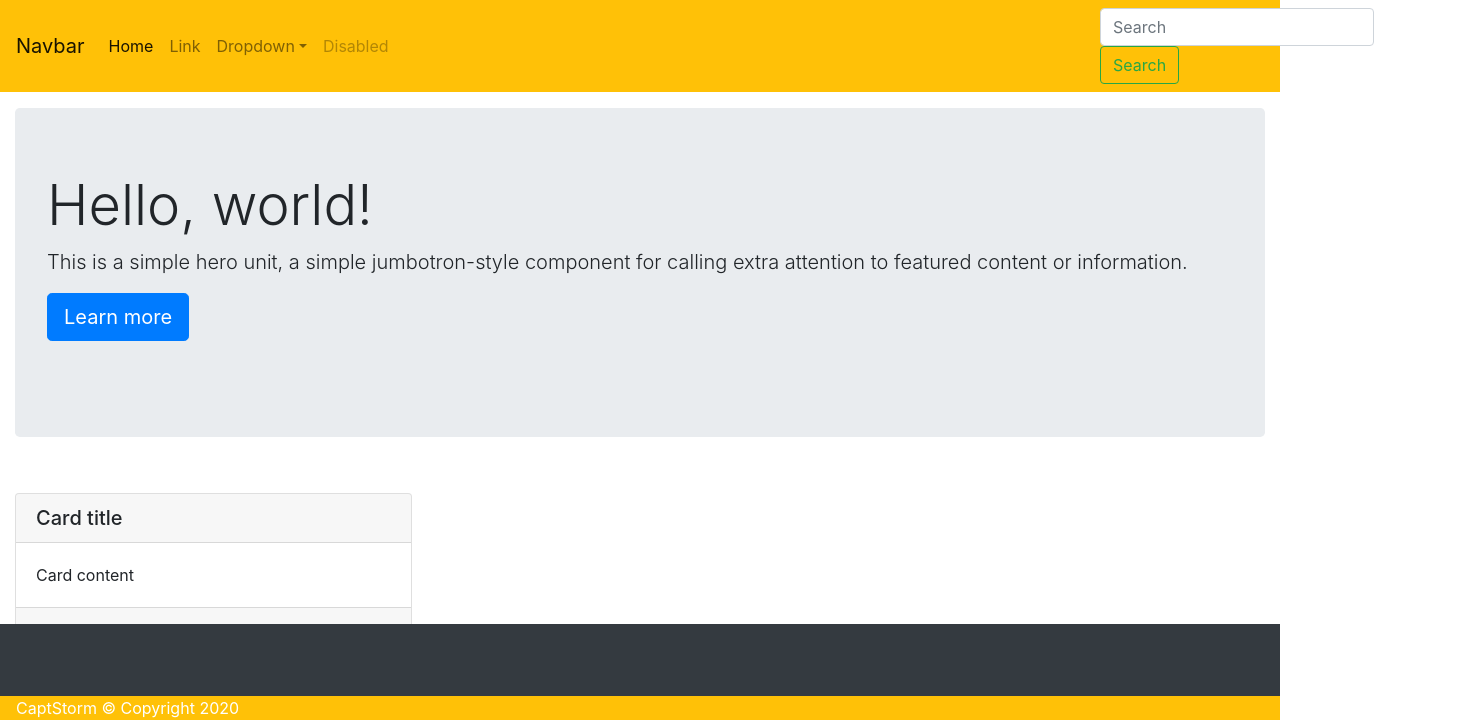
Repository: CaptainStorm21/complete-react16-bootstrap-passing-props
Page: /
The author's editor kept a copy of each file at every save. The page is drawn from the files as they stood at one save, then again after the next save.
The browser window is 1280 px wide. The page is 1374 px wide, then 1471 px, then 1374 px, so the pictures cover 1471 px, including what lies to the right of the window. The pictures show the whole page.
The project was rebuilt for these pictures with package versions that can differ from the ones it lists, and the page was loaded fresh each time.

Above is the page before, as saved 2020-04-23 14:22:11.

### public/index.html
<!DOCTYPE html>
<html lang="en">
<head>
  <title>Bootstrap Example</title>
  <meta charset="utf-8">
  <meta name="viewport" content="width=device-width, initial-scale=1">
  <link rel="stylesheet" href="https://maxcdn.bootstrapcdn.com/bootstrap/4.4.1/css/bootstrap.min.css">
  <script src="https://ajax.googleapis.com/ajax/libs/jquery/3.4.1/jquery.min.js"></script>
  <script src="https://cdnjs.cloudflare.com/ajax/libs/popper.js/1.16.0/umd/popper.min.js"></script>
  <script src="https://maxcdn.bootstrapcdn.com/bootstrap/4.4.1/js/bootstrap.min.js"></script>
</head>
<body>
<div id="root"></div>

</body>
</html>

### src/index.js
import React from 'react';
import ReactDOM from 'react-dom';
import './style.css';
import App from './App';
import * as serviceWorker from './serviceWorker';


ReactDOM.render(
  <React.StrictMode>
    <App />
  </React.StrictMode>,
  document.getElementById('root')
);

// If you want your app to work offline and load faster, you can change
// unregister() to register() below. Note this comes with some pitfalls.
// Learn more about service workers: https://bit.ly/CRA-PWA
serviceWorker.unregister();

### src/style.css




body {
  margin: 0;
  font-family: -apple-system, BlinkMacSystemFont, 'Segoe UI', 'Roboto', 'Oxygen',
    'Ubuntu', 'Cantarell', 'Fira Sans', 'Droid Sans', 'Helvetica Neue',
    sans-serif;
  -webkit-font-smoothing: antialiased;
  -moz-osx-font-smoothing: grayscale;
}

.footer {
  position: absolute;
  bottom: 0;
  width: 100%;
  height: 60px; /* Set the fixed height of the footer here */
  line-height: 60px; /* Vertically center the text there */
  background-color: purple;
}

### src/App.js
import React from "react";
import Main from "./components/Main";
import ContanerCard from "./components/ContainerCard";

import Header from "./components/layout/Header";
import Footer from "./components/layout/Footer";

function App() {
  return (
    <div>
      <Header />
      <div classNameName="container-fluid">
        <div className="col-lg-12 py-3">
          <Main />
        </div>
        <div className="container-fluid">
          <div className="row">
            <ContanerCard />
          </div>
        </div>
        <Footer />
      </div>
    </div>
  );
}

export default App;

### src/components/Main.js
import React from "react";

function Main() {
  return (
    <div className="jumbotron">
      <h1 className="display-4">Hello, world!</h1>
      <p className="lead">
        This is a simple hero unit, a simple jumbotron-style component for
        calling extra attention to featured content or information.
        <p className = "py-3">
        <a className="btn btn-primary btn-lg" href="#" role="button">
          Learn more
        </a>
        </p>
      </p>
    </div>
  );
}

export default Main;

### src/components/ContainerCard.js
import React from "react";

function ContainerCard() {
  return (
    <div className="col-md-4 col-lg-4 py-2">
    <div className="card">
      <h5 className="card-header">Card title</h5>
      <div className="card-body">
        <p className="card-text">Card content</p>
      </div>
      <div className="card-footer">Card footer</div>
    </div>
    </div>
  );
}

export default ContainerCard;

### src/components/layout/Header.js
import React from "react";
import Navbar from "./Navbar";

function Header() {
  return (
    <nav className="navbar navbar-expand-lg navbar-light bg-warning">
              <Navbar />
    </nav>
  );
}

export default Header;

### src/components/layout/Footer.js
import React from "react";

function Footer() {
  return (
    <footer className="bg-dark py-5 fixed-bottom ">
      <div className="container"></div>
      <div className="container-fluid">
        <div className="row bg-info">
        <div className="bg-warning fixed-bottom">
          <span className="p-3 text-white">
            CaptStorm &copy; Copyright 2020
          </span>
        </div>        </div>
      </div>
    </footer>
  );
}

export default Footer;

### src/components/layout/Navbar.js
import React from "react";
import "./Nav.css";

function Navbar() {
  return (
    <>
   <a className="navbar-brand" href="/">Navbar</a>
        <button className="navbar-toggler" type="button" data-toggle="collapse" data-target="#navbarSupportedContent" aria-controls="navbarSupportedContent" aria-expanded="false" aria-label="Toggle navigation">
          <span className="navbar-toggler-icon"></span>
        </button>

        <div className="collapse navbar-collapse" id="navbarSupportedContent">
          <ul className="navbar-nav mr-auto">
            <li className="nav-item active">
              <a className="nav-link" href="/">Home <span className="sr-only">(current)</span></a>
            </li>
            <li className="nav-item">
              <a className="nav-link" href="/">Link</a>
            </li>
            <li className="nav-item dropdown">
              <a className="nav-link dropdown-toggle" href="/" id="navbarDropdown" role="button" data-toggle="dropdown" aria-haspopup="true" aria-expanded="false">
                Dropdown
              </a>
              <div className="dropdown-menu" aria-labelledby="navbarDropdown">
                <a className="dropdown-item" href="/">Action</a>
                <a className="dropdown-item" href="/">Another action</a>
                <div className="dropdown-divider"></div>
                <a className="dropdown-item" href="/">Something else here</a>
              </div>
            </li>
            <li className="nav-item">
              <a className="nav-link disabled" href="/">Disabled</a>
            </li>
          </ul>
          <div className = "pull-right col-2">
          <form className="form-inline  col-2">
            <input className="form-control " type="search" placeholder="Search" aria-label="Search" />
            <button className="btn btn-outline-success" type="submit">Search</button>
          </form></div>
        </div>
  </>
)
}

export default Navbar;

### src/components/layout/Nav.css
@media (min-width: 768px) {
    .navbar-nav {
      width: 100%;
      text-align: center;
    }
    .navbar-nav > li {
      float: none;
      display: inline-block;
    }
    .navbar-nav > li.navbar-right {
      float: right !important;
    }
  }

Loaded but not shown: src/serviceWorker.js (common file)

After the next save:
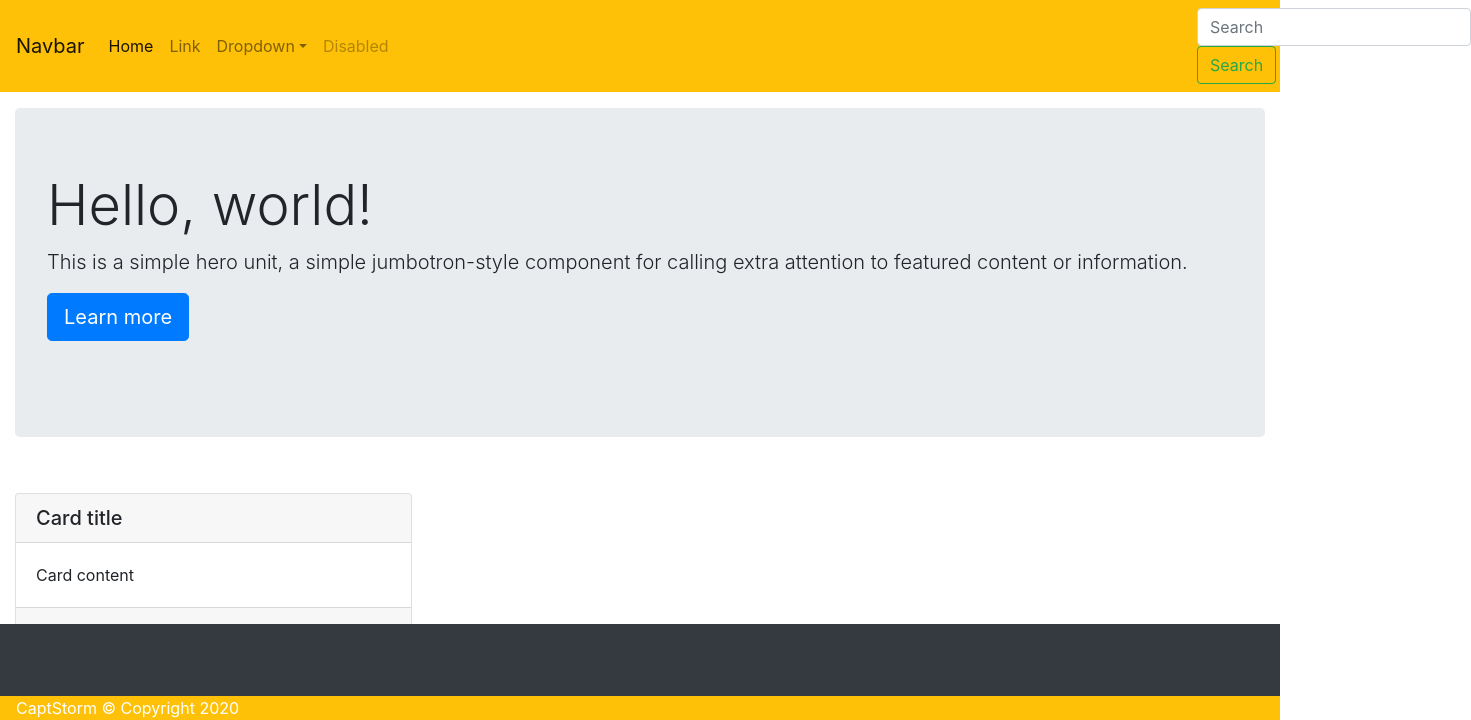
Saved 4 s later.
--- a/src/components/layout/Navbar.js
+++ b/src/components/layout/Navbar.js
@@ -32,7 +32,7 @@
               <a className="nav-link disabled" href="/">Disabled</a>
             </li>
           </ul>
-          <div className = "pull-right col-2">
+          <div className = "pull-right col-1">
           <form className="form-inline  col-2">
             <input className="form-control " type="search" placeholder="Search" aria-label="Search" />
             <button className="btn btn-outline-success" type="submit">Search</button>

After the save that followed:
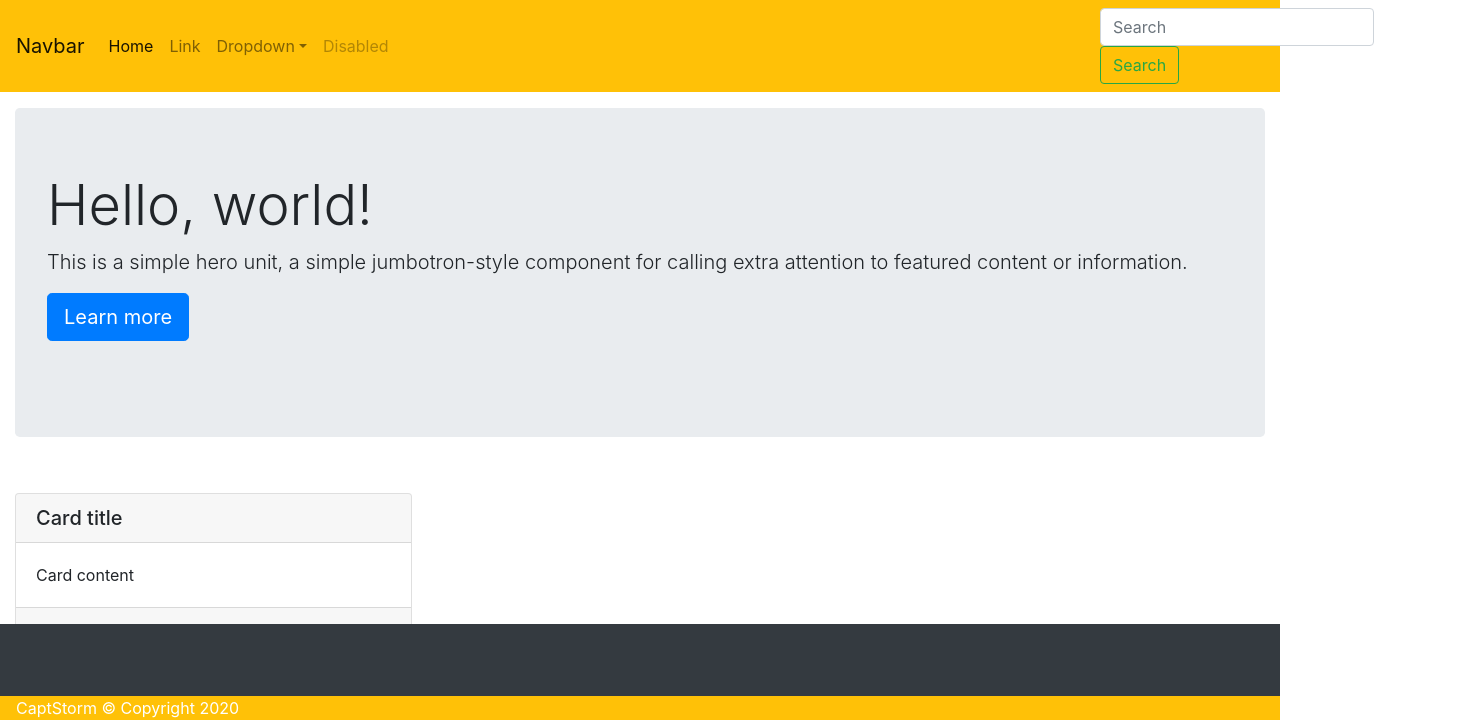
Saved 4 s later.
--- a/src/components/layout/Navbar.js
+++ b/src/components/layout/Navbar.js
@@ -32,7 +32,7 @@
               <a className="nav-link disabled" href="/">Disabled</a>
             </li>
           </ul>
-          <div className = "pull-right col-1">
+          <div className = "pull-right col-2">
           <form className="form-inline  col-2">
             <input className="form-control " type="search" placeholder="Search" aria-label="Search" />
             <button className="btn btn-outline-success" type="submit">Search</button>
